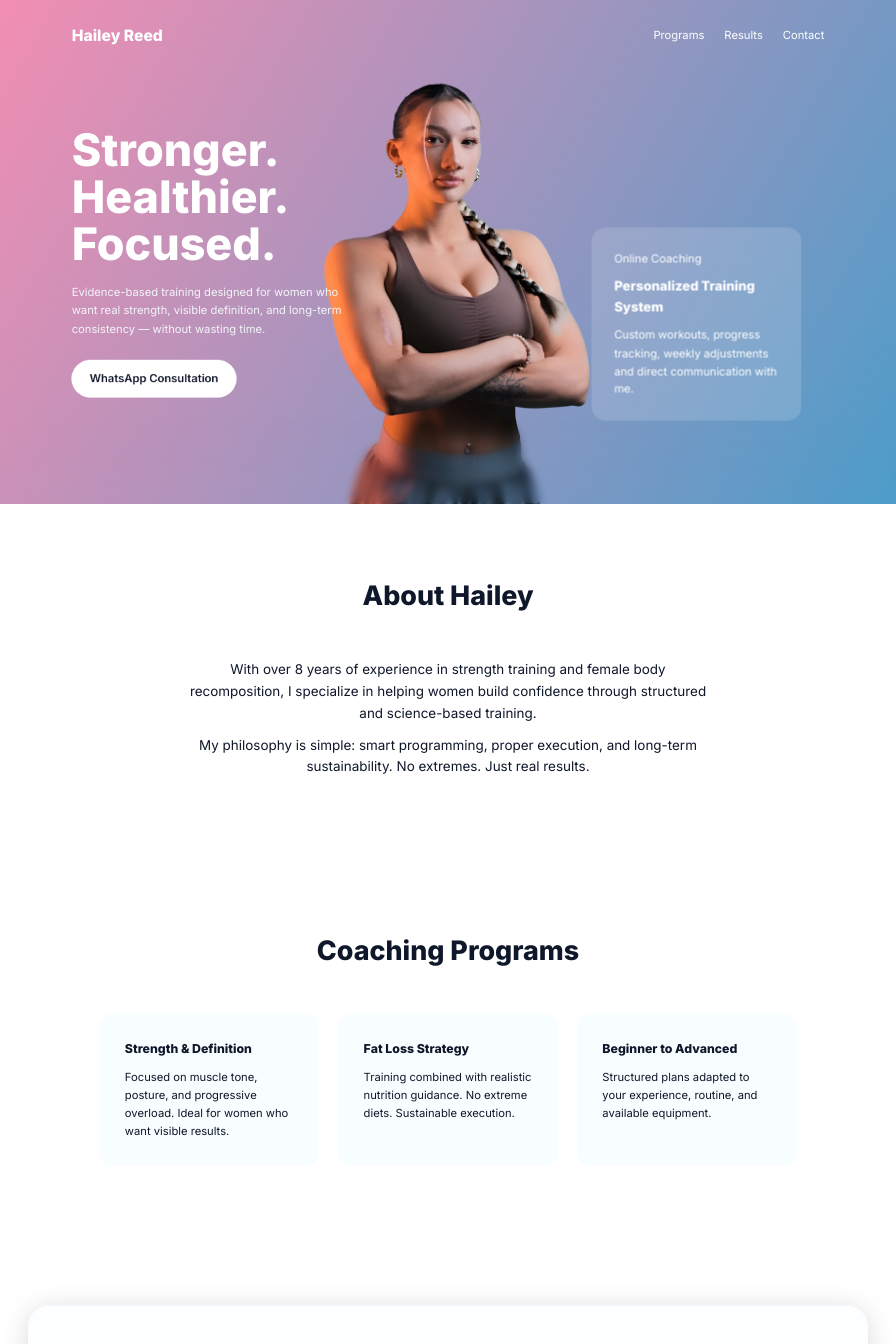
Repository: davidfsillva/Hailey-Reed-Coaching
Page: index.html
An editor plug-in stored every save of this project. The page is shown before and after the next save, followed by the edit.
The browser window is 1280 px wide. The pictures show the part of the page from y = 0 to 1920 px (the page is 5221 px tall), at 70% of full size.

Above is the page before, as saved 2026-02-12 10:10:34.

After the next save:
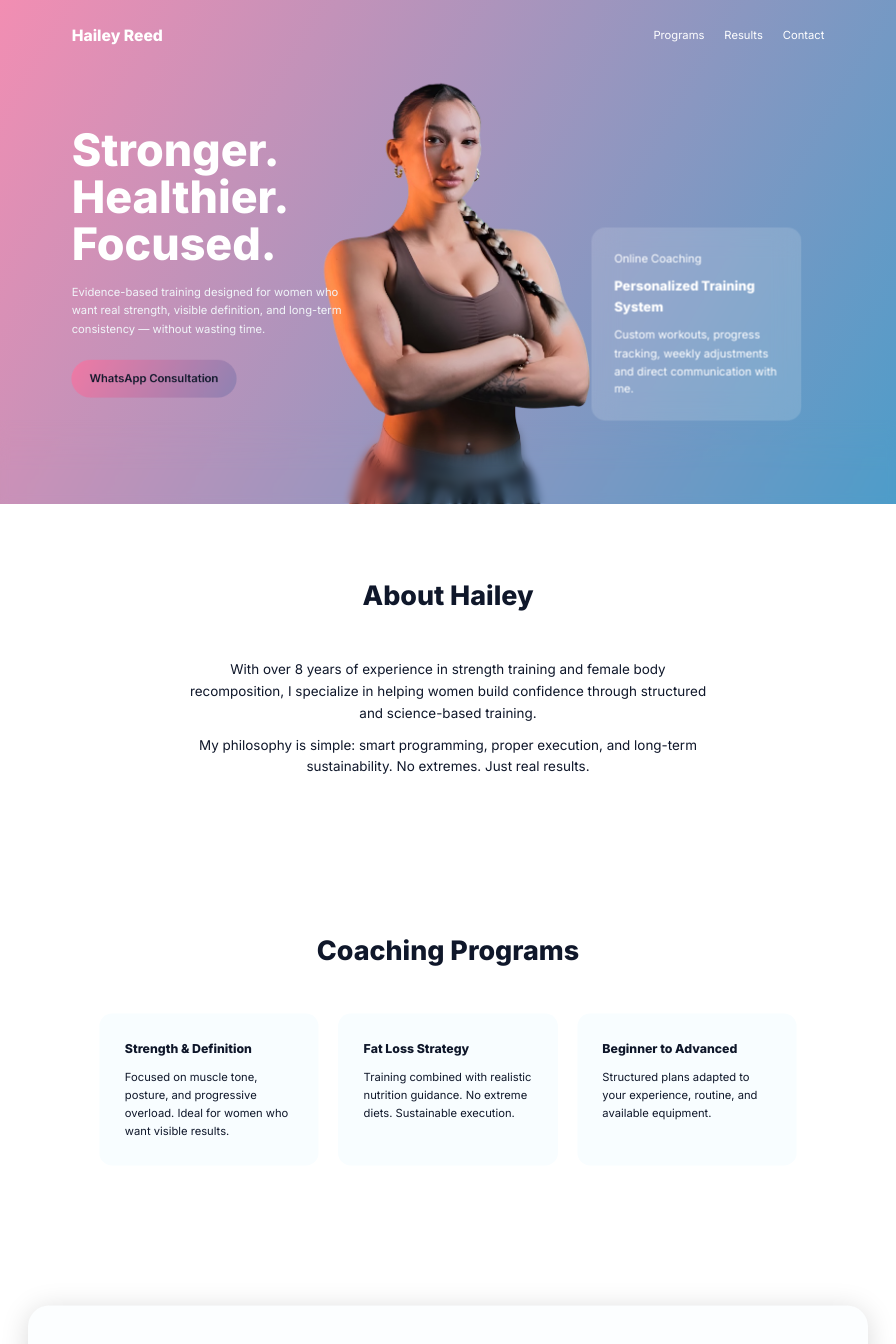
Saved 35 s later.
--- a/style.css
+++ b/style.css
@@ -114,7 +114,7 @@
 }
 
 .whatsapp-btn {
-  background: white !important;
+  background: white;
   color: var(--dark) !important;
 }
 

After the save that followed:
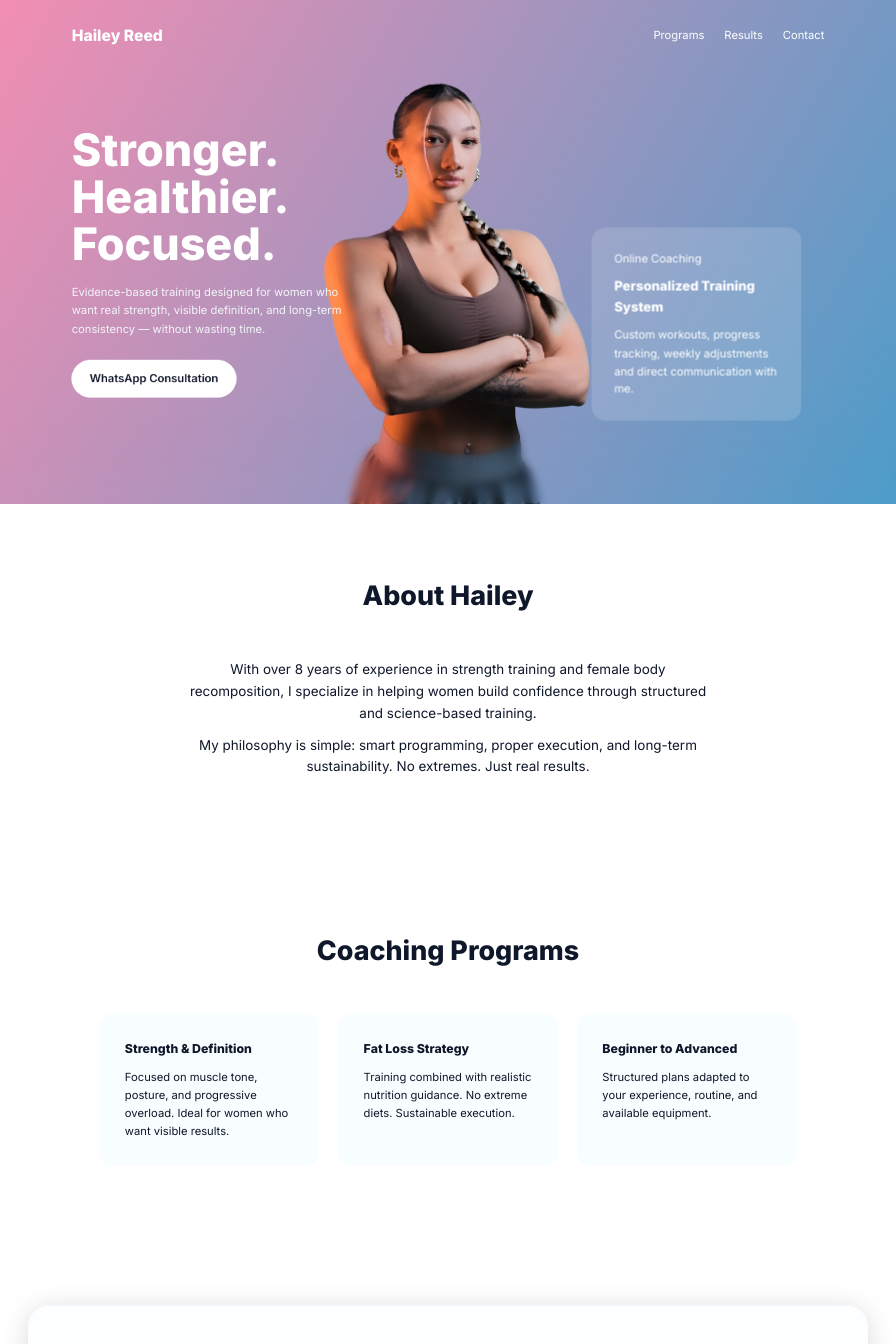
Saved 7 s later.
--- a/style.css
+++ b/style.css
@@ -114,7 +114,7 @@
 }
 
 .whatsapp-btn {
-  background: white;
+  background: white !important;
   color: var(--dark) !important;
 }
 
